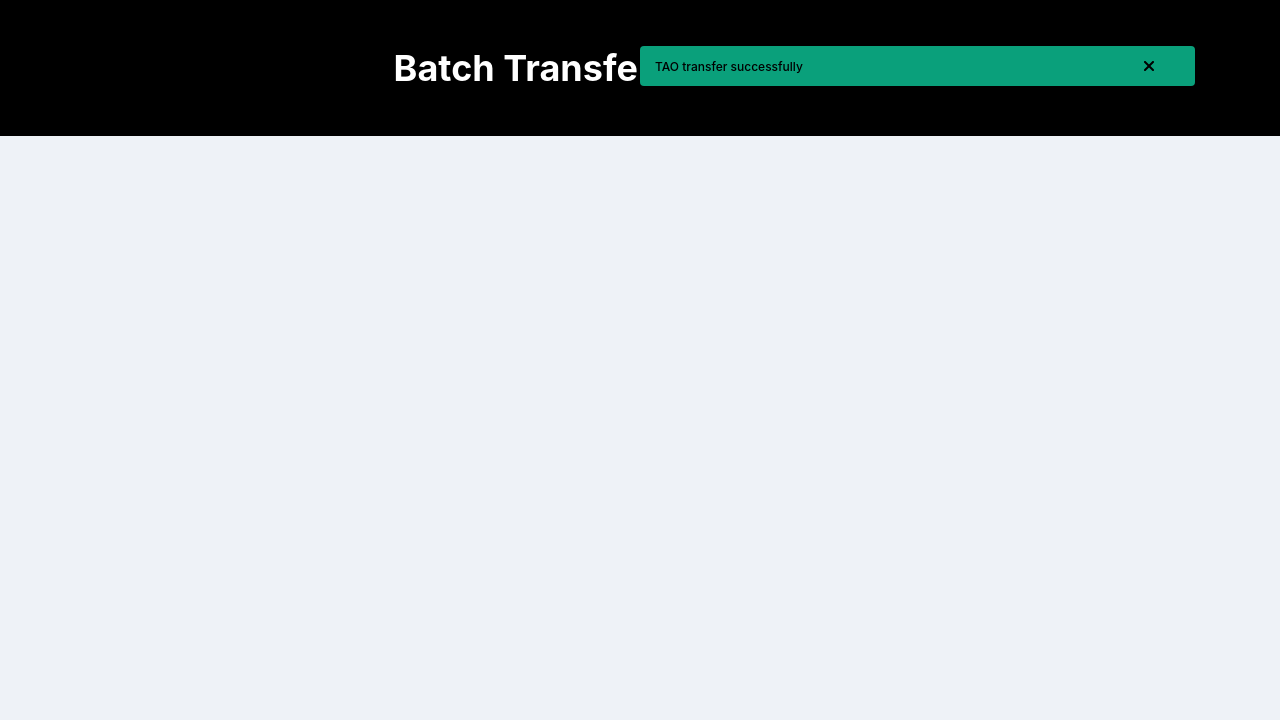
Repository: Dawid-Ace/batch_transfer_tao_master_ui
Page: /
The author's editor kept a copy of each file at every save. The page is drawn from the files as they stood at one save, then again after a run of saves.
The browser window is 1280 px wide. The pictures show the whole page.
The project was rebuilt for these pictures with package versions that can differ from the ones it lists, and the page was loaded fresh each time.

Above is the page before, as saved 2023-05-10 05:11:16.

After the next 2 saves:
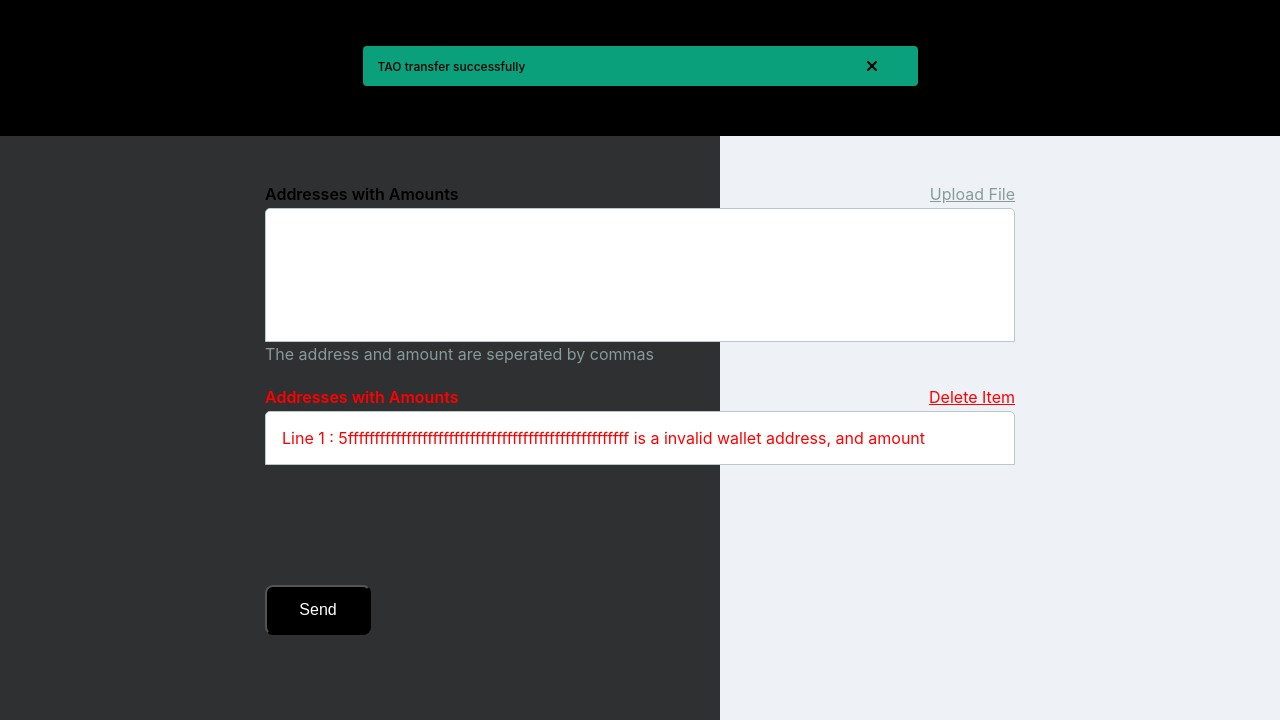
The 2 saves are shown as one change because 1 did not build or start.
The last was saved 3 min 15 s later.
--- a/src/components/TransferForm/index.jsx
+++ b/src/components/TransferForm/index.jsx
@@ -173,6 +173,15 @@
     border-radius: 4px;
 
     margin: 0px;
+  `
+
+  const BlurRect = styled.div`
+    width: 100vh;
+    height: 100vh;
+    position: fixed;
+    left: 0px;
+    top: 0px;
+    background: rgba(0, 0, 0, 0.8)
   `
 
   const sendForm =
@@ -236,9 +245,11 @@
 
   return (
     isSuccess ? (
-      <div>
+      <>
+        <BlurRect />
         {transferSuccess}
-      </div>
+        {sendForm}
+      </>
     )
       :
       sendForm
